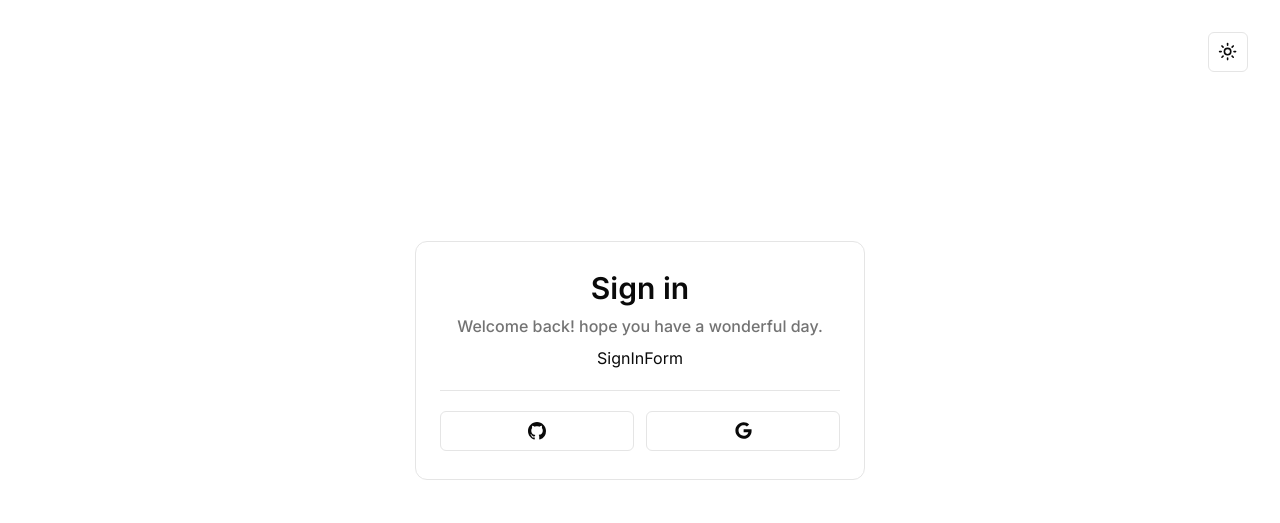
Repository: nickgoel31/authentication-toolkit
Page: /sign-in
An editor plug-in stored every save of this project. The page is shown before and after the next save, followed by the edit.
The browser window is 1280 px wide. The pictures show the whole page.
The project was rebuilt for these pictures with package versions that can differ from the ones it lists, and the page was loaded fresh each time. The framework's server and built-in components were replaced by stand-ins that run in the browser. Also part of the build but not shown: next.config.mjs.

Above is the page before, as saved 2024-02-04 13:28:51.

### app/layout.tsx
import type { Metadata } from "next";
import { Inter } from "next/font/google";
import "./globals.css";
import { ThemeProvider } from "@/providers/theme-provider";
import { ModeToggle } from "@/components/mode-toggle";

const inter = Inter({ subsets: ["latin"] });

export const metadata: Metadata = {
  title: "Authentication App",
  description: "Generated by create next app",
};

export default function RootLayout({
  children,
}: Readonly<{
  children: React.ReactNode;
}>) {
  return (
    <html lang="en">
      <body className={inter.className}>
      <ThemeProvider
        attribute="class"
        defaultTheme="system"
        enableSystem
        disableTransitionOnChange
        >
        <div className="relative h-full">
          {children}
          <div className="absolute top-8 right-8">
            <ModeToggle />
          </div>
        </div>

      </ThemeProvider>
      </body>
    </html>
  );
}

### app/(auth)/layout.tsx
import React from 'react'

const AuthLayout = ({children} : {children:React.ReactNode}) => {
  return (
    <div className='h-full flex flex-col items-center justify-center'>
        {children}
    </div>
  )
}

export default AuthLayout

### app/(auth)/sign-in/page.tsx
import FormWrapper from '@/components/auth/form-wrapper'
import SignInForm from '@/components/auth/sign-in-form'
import React from 'react'

const SignInPage = () => {
  return (
    <FormWrapper
    title='Sign in'
    tag='Welcome back! hope you have a wonderful day.'
    backHref='/sign-up'
    backLabel="Don't have an account?"
    showSocial
    >
      <SignInForm />
    </FormWrapper>
  )
}

export default SignInPage

### app/globals.css
@tailwind base;
@tailwind components;
@tailwind utilities;

html,body{
  height: 100%;
}

@layer base {
  :root {
    --background: 0 0% 100%;
    --foreground: 0 0% 3.9%;

    --card: 0 0% 100%;
    --card-foreground: 0 0% 3.9%;

    --popover: 0 0% 100%;
    --popover-foreground: 0 0% 3.9%;

    --primary: 0 0% 9%;
    --primary-foreground: 0 0% 98%;

    --secondary: 0 0% 96.1%;
    --secondary-foreground: 0 0% 9%;

    --muted: 0 0% 96.1%;
    --muted-foreground: 0 0% 45.1%;

    --accent: 0 0% 96.1%;
    --accent-foreground: 0 0% 9%;

    --destructive: 0 84.2% 60.2%;
    --destructive-foreground: 0 0% 98%;

    --border: 0 0% 89.8%;
    --input: 0 0% 89.8%;
    --ring: 0 0% 3.9%;

    --radius: 0.5rem;
  }

  .dark {
    --background: 0 0% 3.9%;
    --foreground: 0 0% 98%;

    --card: 0 0% 3.9%;
    --card-foreground: 0 0% 98%;

    --popover: 0 0% 3.9%;
    --popover-foreground: 0 0% 98%;

    --primary: 0 0% 98%;
    --primary-foreground: 0 0% 9%;

    --secondary: 0 0% 14.9%;
    --secondary-foreground: 0 0% 98%;

    --muted: 0 0% 14.9%;
    --muted-foreground: 0 0% 63.9%;

    --accent: 0 0% 14.9%;
    --accent-foreground: 0 0% 98%;

    --destructive: 0 62.8% 30.6%;
    --destructive-foreground: 0 0% 98%;

    --border: 0 0% 14.9%;
    --input: 0 0% 14.9%;
    --ring: 0 0% 83.1%;
  }
}

@layer base {
  * {
    @apply border-border;
  }
  body {
    @apply bg-background text-foreground;
  }
}

### components/mode-toggle.tsx
"use client"

import * as React from "react"
import { Moon, Sun } from "lucide-react"
import { useTheme } from "next-themes"

import { Button } from "@/components/ui/button"
import {
  DropdownMenu,
  DropdownMenuContent,
  DropdownMenuItem,
  DropdownMenuTrigger,
} from "@/components/ui/dropdown-menu"

export function ModeToggle() {
  const { setTheme } = useTheme()

  return (
    <DropdownMenu>
      <DropdownMenuTrigger asChild>
        <Button variant="outline" size="icon">
          <Sun className="h-[1.2rem] w-[1.2rem] rotate-0 scale-100 transition-all dark:-rotate-90 dark:scale-0" />
          <Moon className="absolute h-[1.2rem] w-[1.2rem] rotate-90 scale-0 transition-all dark:rotate-0 dark:scale-100" />
          <span className="sr-only">Toggle theme</span>
        </Button>
      </DropdownMenuTrigger>
      <DropdownMenuContent align="end">
        <DropdownMenuItem onClick={() => setTheme("light")}>
          Light
        </DropdownMenuItem>
        <DropdownMenuItem onClick={() => setTheme("dark")}>
          Dark
        </DropdownMenuItem>
        <DropdownMenuItem onClick={() => setTheme("system")}>
          System
        </DropdownMenuItem>
      </DropdownMenuContent>
    </DropdownMenu>
  )
}

### components/auth/form-wrapper.tsx
import React from 'react'
import { Button } from '../ui/button';
import { FaGoogle } from 'react-icons/fa6';
import { BsGithub } from 'react-icons/bs';

interface FormWrapperProps {
    children:React.ReactNode;
    title?: string | undefined;
    tag?: string | undefined;
    showSocial?: boolean;
    backHref?: string | undefined;
    backLabel?: string | undefined;
}

const FormWrapper = ({children, title, tag, backHref, backLabel, showSocial=false} : FormWrapperProps) => {
  return (
    <div className='flex flex-col items-center justify-center text-center p-6 py-7 border w-[450px] rounded-xl'>
        <div className='flex flex-col gap-2'>
            <h2 className='text-3xl font-semibold'>{title}</h2>
            <p className='text-muted-foreground font-medium'>{tag}</p>
            {children}

        </div>
        <div className='w-full'>
            {showSocial && (
                <>
                    <hr  className='mt-5 mb-5'/>
                    <div className='flex items-center justify-center gap-3 w-full'>
                        <Button variant={'outline'} className='w-full'><BsGithub size={18}/></Button>
                        <Button variant={'outline'} className='w-full flex items-center gap-2'>
                            <FaGoogle size={17}/></Button>
                    </div>
                </>
            )}
        </div>
    </div>
  )
}

export default FormWrapper

### components/ui/button.tsx
import * as React from "react"
import { Slot } from "@radix-ui/react-slot"
import { cva, type VariantProps } from "class-variance-authority"

import { cn } from "@/lib/utils"

const buttonVariants = cva(
  "inline-flex items-center justify-center whitespace-nowrap rounded-md text-sm font-medium ring-offset-background transition-colors focus-visible:outline-none focus-visible:ring-2 focus-visible:ring-ring focus-visible:ring-offset-2 disabled:pointer-events-none disabled:opacity-50",
  {
    variants: {
      variant: {
        default: "bg-primary text-primary-foreground hover:bg-primary/90",
        destructive:
          "bg-destructive text-destructive-foreground hover:bg-destructive/90",
        outline:
          "border border-input bg-background hover:bg-accent hover:text-accent-foreground",
        secondary:
          "bg-secondary text-secondary-foreground hover:bg-secondary/80",
        ghost: "hover:bg-accent hover:text-accent-foreground",
        link: "text-primary underline-offset-4 hover:underline",
      },
      size: {
        default: "h-10 px-4 py-2",
        sm: "h-9 rounded-md px-3",
        lg: "h-11 rounded-md px-8",
        icon: "h-10 w-10",
      },
    },
    defaultVariants: {
      variant: "default",
      size: "default",
    },
  }
)

export interface ButtonProps
  extends React.ButtonHTMLAttributes<HTMLButtonElement>,
    VariantProps<typeof buttonVariants> {
  asChild?: boolean
}

const Button = React.forwardRef<HTMLButtonElement, ButtonProps>(
  ({ className, variant, size, asChild = false, ...props }, ref) => {
    const Comp = asChild ? Slot : "button"
    return (
      <Comp
        className={cn(buttonVariants({ variant, size, className }))}
        ref={ref}
        {...props}
      />
    )
  }
)
Button.displayName = "Button"

export { Button, buttonVariants }

### components/ui/dropdown-menu.tsx
"use client"

import * as React from "react"
import * as DropdownMenuPrimitive from "@radix-ui/react-dropdown-menu"
import { Check, ChevronRight, Circle } from "lucide-react"

import { cn } from "@/lib/utils"

const DropdownMenu = DropdownMenuPrimitive.Root

const DropdownMenuTrigger = DropdownMenuPrimitive.Trigger

const DropdownMenuGroup = DropdownMenuPrimitive.Group

const DropdownMenuPortal = DropdownMenuPrimitive.Portal

const DropdownMenuSub = DropdownMenuPrimitive.Sub

const DropdownMenuRadioGroup = DropdownMenuPrimitive.RadioGroup

const DropdownMenuSubTrigger = React.forwardRef<
  React.ElementRef<typeof DropdownMenuPrimitive.SubTrigger>,
  React.ComponentPropsWithoutRef<typeof DropdownMenuPrimitive.SubTrigger> & {
    inset?: boolean
  }
>(({ className, inset, children, ...props }, ref) => (
  <DropdownMenuPrimitive.SubTrigger
    ref={ref}
    className={cn(
      "flex cursor-default select-none items-center rounded-sm px-2 py-1.5 text-sm outline-none focus:bg-accent data-[state=open]:bg-accent",
      inset && "pl-8",
      className
    )}
    {...props}
  >
    {children}
    <ChevronRight className="ml-auto h-4 w-4" />
  </DropdownMenuPrimitive.SubTrigger>
))
DropdownMenuSubTrigger.displayName =
  DropdownMenuPrimitive.SubTrigger.displayName

const DropdownMenuSubContent = React.forwardRef<
  React.ElementRef<typeof DropdownMenuPrimitive.SubContent>,
  React.ComponentPropsWithoutRef<typeof DropdownMenuPrimitive.SubContent>
>(({ className, ...props }, ref) => (
  <DropdownMenuPrimitive.SubContent
    ref={ref}
    className={cn(
      "z-50 min-w-[8rem] overflow-hidden rounded-md border bg-popover p-1 text-popover-foreground shadow-lg data-[state=open]:animate-in data-[state=closed]:animate-out data-[state=closed]:fade-out-0 data-[state=open]:fade-in-0 data-[state=closed]:zoom-out-95 data-[state=open]:zoom-in-95 data-[side=bottom]:slide-in-from-top-2 data-[side=left]:slide-in-from-right-2 data-[side=right]:slide-in-from-left-2 data-[side=top]:slide-in-from-bottom-2",
      className
    )}
    {...props}
  />
))
DropdownMenuSubContent.displayName =
  DropdownMenuPrimitive.SubContent.displayName

const DropdownMenuContent = React.forwardRef<
  React.ElementRef<typeof DropdownMenuPrimitive.Content>,
  React.ComponentPropsWithoutRef<typeof DropdownMenuPrimitive.Content>
>(({ className, sideOffset = 4, ...props }, ref) => (
  <DropdownMenuPrimitive.Portal>
    <DropdownMenuPrimitive.Content
      ref={ref}
      sideOffset={sideOffset}
      className={cn(
        "z-50 min-w-[8rem] overflow-hidden rounded-md border bg-popover p-1 text-popover-foreground shadow-md data-[state=open]:animate-in data-[state=closed]:animate-out data-[state=closed]:fade-out-0 data-[state=open]:fade-in-0 data-[state=closed]:zoom-out-95 data-[state=open]:zoom-in-95 data-[side=bottom]:slide-in-from-top-2 data-[side=left]:slide-in-from-right-2 data-[side=right]:slide-in-from-left-2 data-[side=top]:slide-in-from-bottom-2",
        className
      )}
      {...props}
    />
  </DropdownMenuPrimitive.Portal>
))
DropdownMenuContent.displayName = DropdownMenuPrimitive.Content.displayName

const DropdownMenuItem = React.forwardRef<
  React.ElementRef<typeof DropdownMenuPrimitive.Item>,
  React.ComponentPropsWithoutRef<typeof DropdownMenuPrimitive.Item> & {
    inset?: boolean
  }
>(({ className, inset, ...props }, ref) => (
  <DropdownMenuPrimitive.Item
    ref={ref}
    className={cn(
      "relative flex cursor-default select-none items-center rounded-sm px-2 py-1.5 text-sm outline-none transition-colors focus:bg-accent focus:text-accent-foreground data-[disabled]:pointer-events-none data-[disabled]:opacity-50",
      inset && "pl-8",
      className
    )}
    {...props}
  />
))
DropdownMenuItem.displayName = DropdownMenuPrimitive.Item.displayName

const DropdownMenuCheckboxItem = React.forwardRef<
  React.ElementRef<typeof DropdownMenuPrimitive.CheckboxItem>,
  React.ComponentPropsWithoutRef<typeof DropdownMenuPrimitive.CheckboxItem>
>(({ className, children, checked, ...props }, ref) => (
  <DropdownMenuPrimitive.CheckboxItem
    ref={ref}
    className={cn(
      "relative flex cursor-default select-none items-center rounded-sm py-1.5 pl-8 pr-2 text-sm outline-none transition-colors focus:bg-accent focus:text-accent-foreground data-[disabled]:pointer-events-none data-[disabled]:opacity-50",
      className
    )}
    checked={checked}
    {...props}
  >
    <span className="absolute left-2 flex h-3.5 w-3.5 items-center justify-center">
      <DropdownMenuPrimitive.ItemIndicator>
        <Check className="h-4 w-4" />
      </DropdownMenuPrimitive.ItemIndicator>
    </span>
    {children}
  </DropdownMenuPrimitive.CheckboxItem>
))
DropdownMenuCheckboxItem.displayName =
  DropdownMenuPrimitive.CheckboxItem.displayName

const DropdownMenuRadioItem = React.forwardRef<
  React.ElementRef<typeof DropdownMenuPrimitive.RadioItem>,
  React.ComponentPropsWithoutRef<typeof DropdownMenuPrimitive.RadioItem>
>(({ className, children, ...props }, ref) => (
  <DropdownMenuPrimitive.RadioItem
    ref={ref}
    className={cn(
      "relative flex cursor-default select-none items-center rounded-sm py-1.5 pl-8 pr-2 text-sm outline-none transition-colors focus:bg-accent focus:text-accent-foreground data-[disabled]:pointer-events-none data-[disabled]:opacity-50",
      className
    )}
    {...props}
  >
    <span className="absolute left-2 flex h-3.5 w-3.5 items-center justify-center">
      <DropdownMenuPrimitive.ItemIndicator>
        <Circle className="h-2 w-2 fill-current" />
      </DropdownMenuPrimitive.ItemIndicator>
    </span>
    {children}
  </DropdownMenuPrimitive.RadioItem>
))
DropdownMenuRadioItem.displayName = DropdownMenuPrimitive.RadioItem.displayName

const DropdownMenuLabel = React.forwardRef<
  React.ElementRef<typeof DropdownMenuPrimitive.Label>,
  React.ComponentPropsWithoutRef<typeof DropdownMenuPrimitive.Label> & {
    inset?: boolean
  }
>(({ className, inset, ...props }, ref) => (
  <DropdownMenuPrimitive.Label
    ref={ref}
    className={cn(
      "px-2 py-1.5 text-sm font-semibold",
      inset && "pl-8",
      className
    )}
    {...props}
  />
))
DropdownMenuLabel.displayName = DropdownMenuPrimitive.Label.displayName

const DropdownMenuSeparator = React.forwardRef<
  React.ElementRef<typeof DropdownMenuPrimitive.Separator>,
  React.ComponentPropsWithoutRef<typeof DropdownMenuPrimitive.Separator>
>(({ className, ...props }, ref) => (
  <DropdownMenuPrimitive.Separator
    ref={ref}
    className={cn("-mx-1 my-1 h-px bg-muted", className)}
    {...props}
  />
))
DropdownMenuSeparator.displayName = DropdownMenuPrimitive.Separator.displayName

const DropdownMenuShortcut = ({
  className,
  ...props
}: React.HTMLAttributes<HTMLSpanElement>) => {
  return (
    <span
      className={cn("ml-auto text-xs tracking-widest opacity-60", className)}
      {...props}
    />
  )
}
DropdownMenuShortcut.displayName = "DropdownMenuShortcut"

export {
  DropdownMenu,
  DropdownMenuTrigger,
  DropdownMenuContent,
  DropdownMenuItem,
  DropdownMenuCheckboxItem,
  DropdownMenuRadioItem,
  DropdownMenuLabel,
  DropdownMenuSeparator,
  DropdownMenuShortcut,
  DropdownMenuGroup,
  DropdownMenuPortal,
  DropdownMenuSub,
  DropdownMenuSubContent,
  DropdownMenuSubTrigger,
  DropdownMenuRadioGroup,
}

Loaded but not shown: providers/theme-provider.tsx (common file); components/auth/sign-in-form.tsx (common file); lib/utils.ts (common file); tailwind.config.ts (common file)

After the next save:
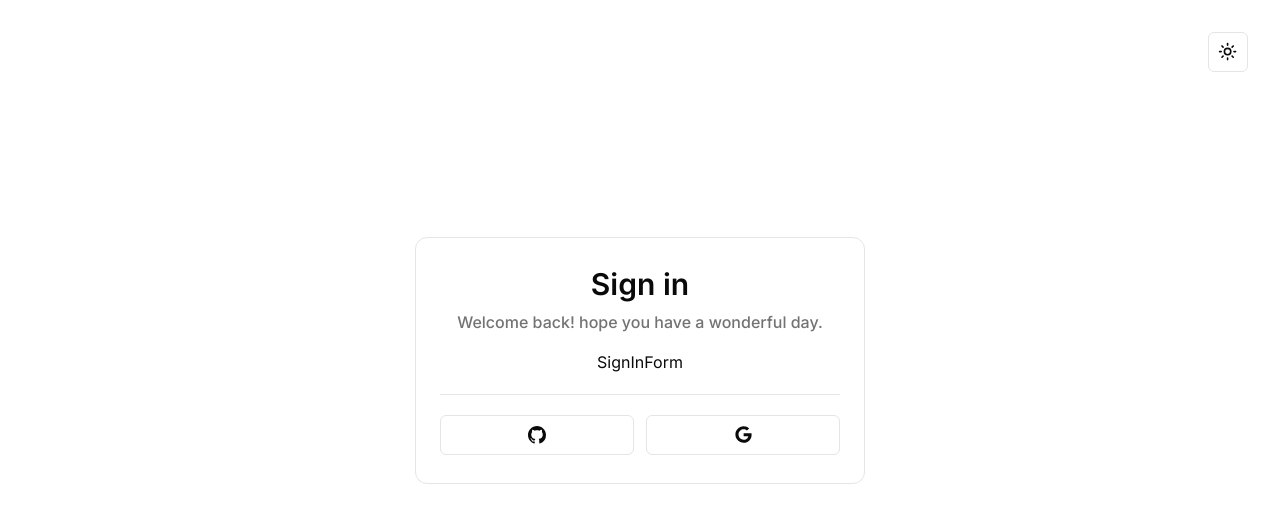
Saved 14 s later.
--- a/components/auth/form-wrapper.tsx
+++ b/components/auth/form-wrapper.tsx
@@ -18,7 +18,9 @@ const FormWrapper = ({children, title, tag, backHref, backLabel, showSocial=fals
         <div className='flex flex-col gap-2'>
             <h2 className='text-3xl font-semibold'>{title}</h2>
             <p className='text-muted-foreground font-medium'>{tag}</p>
-            {children}
+            <div className='mt-2'>
+                {children}
+            </div>
 
         </div>
         <div className='w-full'>
